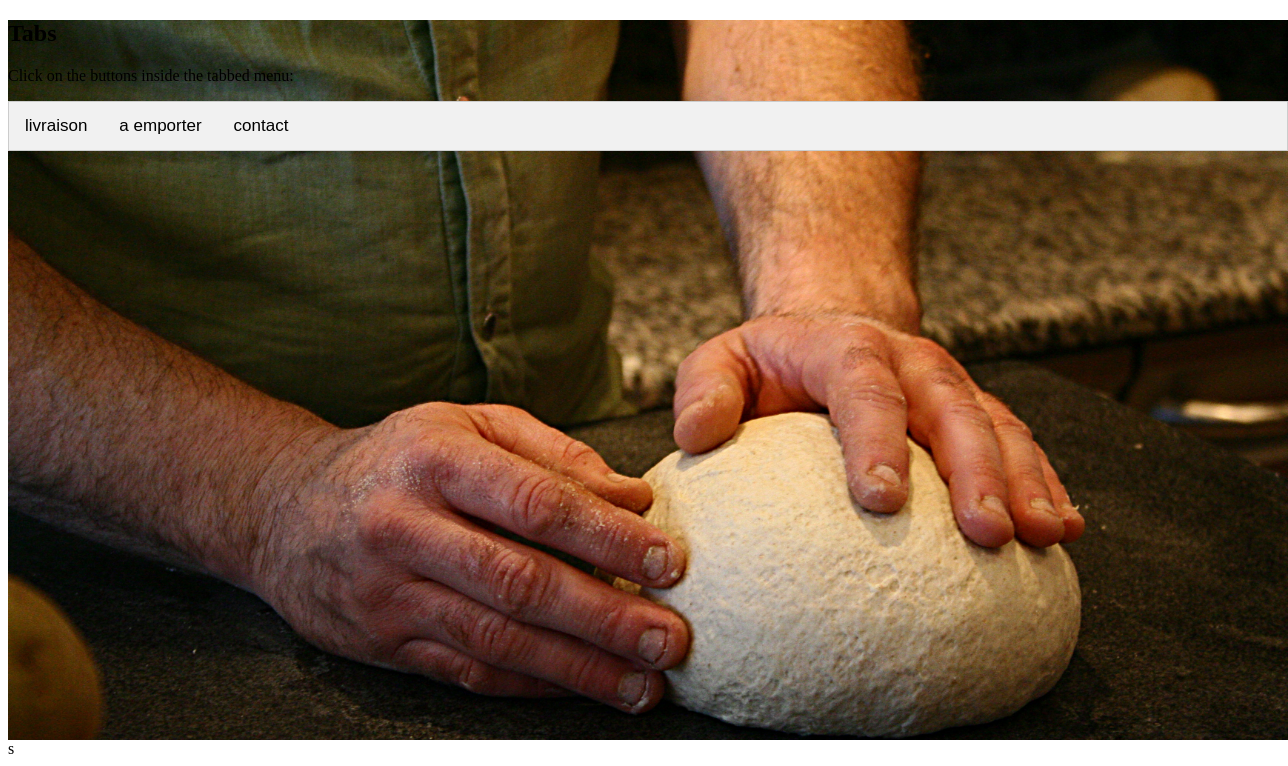
Repository: dev84-unalien/pippo_pizza
Page: admin.html
The author's editor kept a copy of each file at every save. The page is drawn from the files as they stood at one save, then again after the next save.
The browser window is 1280 px wide. The page is 1288 px wide, so the pictures cover 1288 px, including what lies to the right of the window. The pictures show the whole page.

Above is the page before, as saved 2019-09-09 12:14:17.

After the next save:
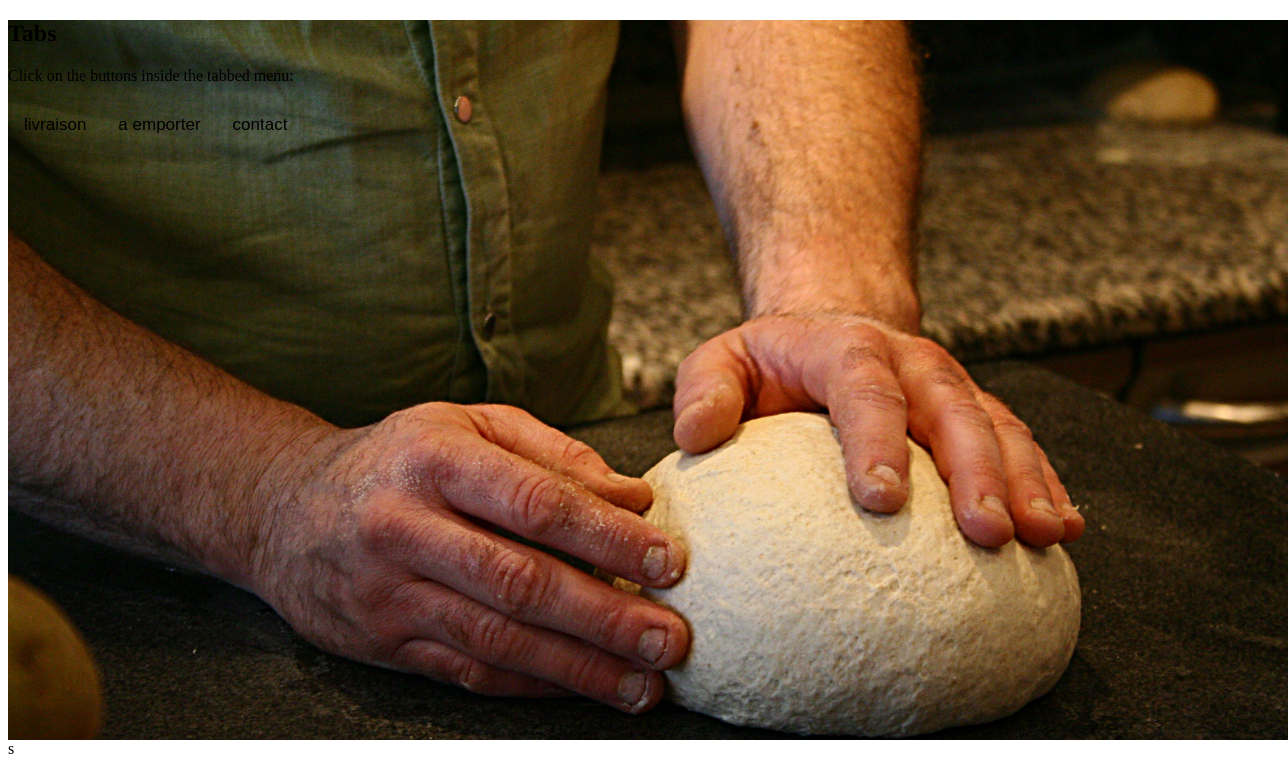
Saved 5 min 4 s later.
--- a/admin.css
+++ b/admin.css
@@ -5,30 +5,6 @@
   justify-content: cover;
   background-size: 100vw;
 
-}
-
-#formulaire {
-  height: 50%;
-  width: 50%;
-  background-color: aliceblue;
-}
-
-#livraison {
-  background-color: aquamarine;
-}
-
-#emporter {
-  background-color: beige;
-}
-
-#contact {
-  background-color: powderblue;
-}
-
-.tab {
-  overflow: hidden;
-  border: 1px solid #ccc;
-  background-color: #f1f1f1;
 }
 
 /* Style the buttons inside the tab */

After the save that followed:
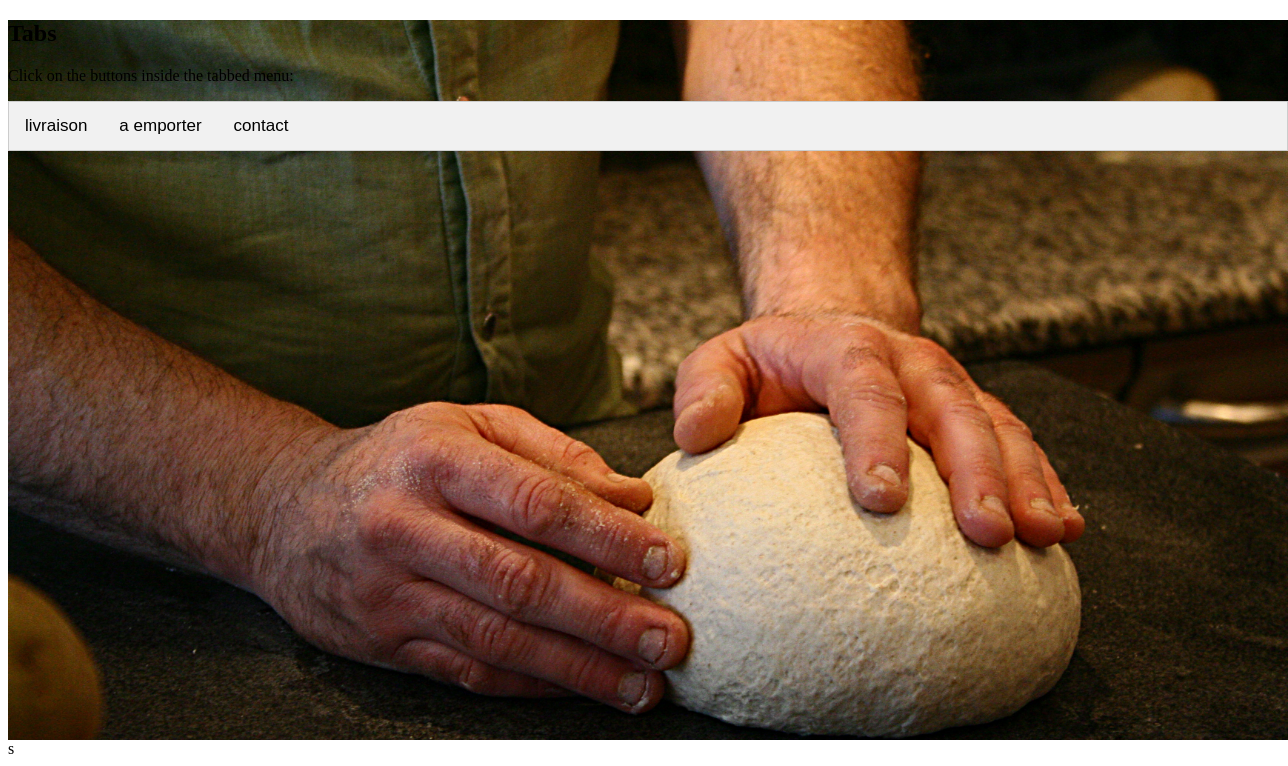
Saved 11 s later.
--- a/admin.css
+++ b/admin.css
@@ -5,6 +5,30 @@
   justify-content: cover;
   background-size: 100vw;
 
+}
+
+#formulaire {
+  height: 50%;
+  width: 50%;
+  background-color: aliceblue;
+}
+
+#livraison {
+  background-color: aquamarine;
+}
+
+#emporter {
+  background-color: beige;
+}
+
+#contact {
+  background-color: powderblue;
+}
+
+.tab {
+  overflow: hidden;
+  border: 1px solid #ccc;
+  background-color: #f1f1f1;
 }
 
 /* Style the buttons inside the tab */
